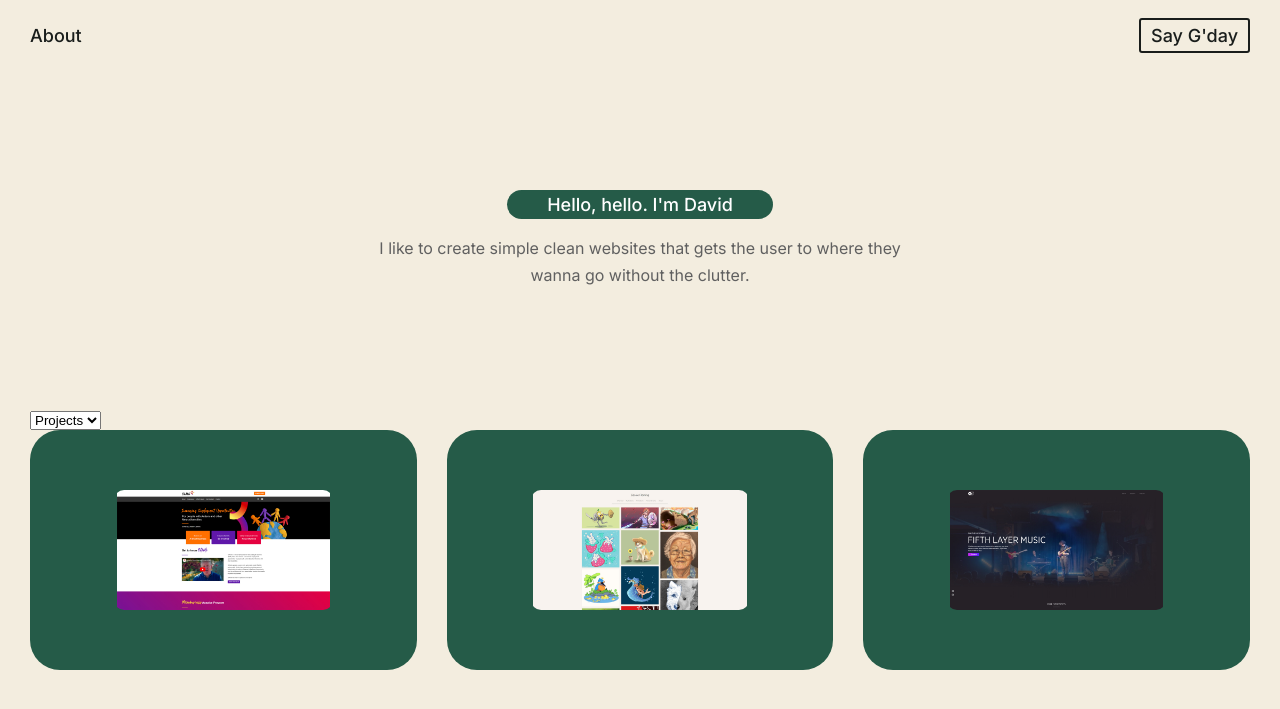
Repository: David-Waite/David-Waite-Portfolio
Page: /
The author's editor kept a copy of each file at every save. The page is drawn from the files as they stood at one save, then again after the next save.
The browser window is 1280 px wide. The pictures show the whole page.
The project was rebuilt for these pictures with package versions that can differ from the ones it lists, and the page was loaded fresh each time. The framework's server and built-in components were replaced by stand-ins that run in the browser. Also part of the build but not shown: next.config.js.

Above is the page before, as saved 2023-07-26 13:33:34.

After the next save:
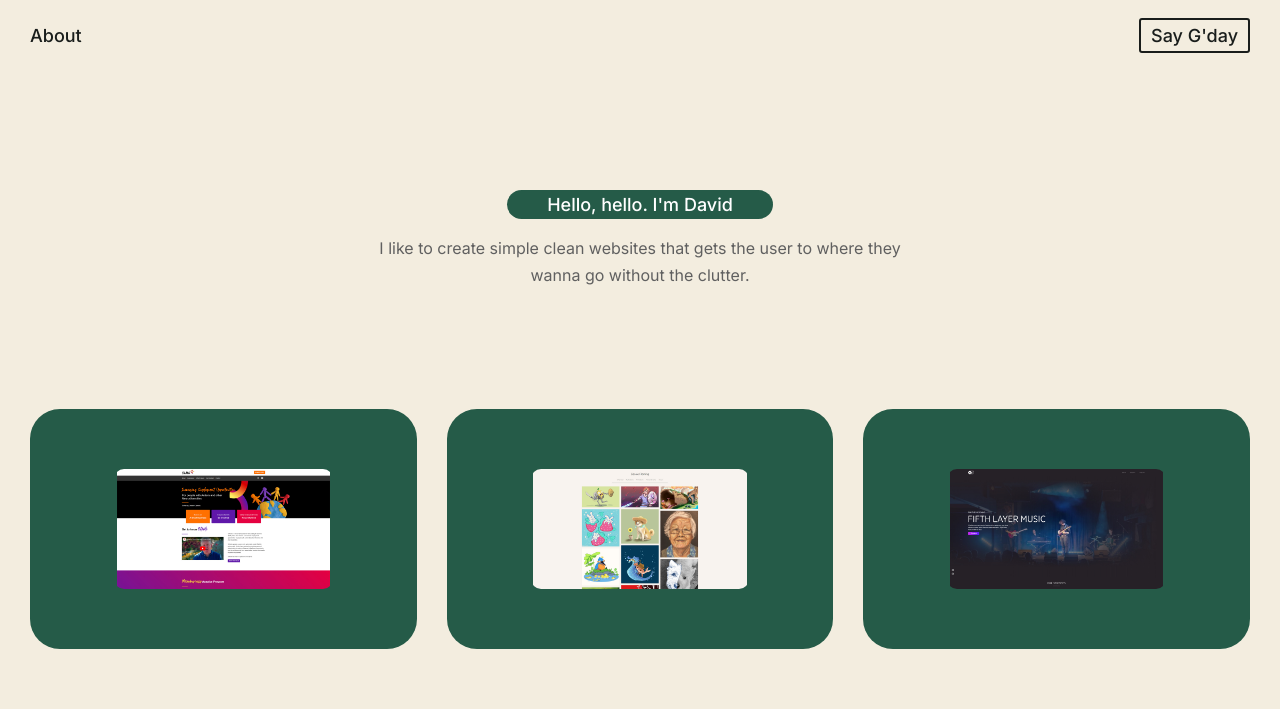
Saved 18 s later.
--- a/app/page.tsx
+++ b/app/page.tsx
@@ -13,10 +13,6 @@
       </div>
       <label htmlFor="enquiring"></label>
 
-      <select name="enquiring" id="enquiring">
-        <option value="Entertainment">Projects</option>
-        <option value="Studio/Recording">Works</option>
-      </select>
       <Projects />
     </main>
   );

After the save that followed:
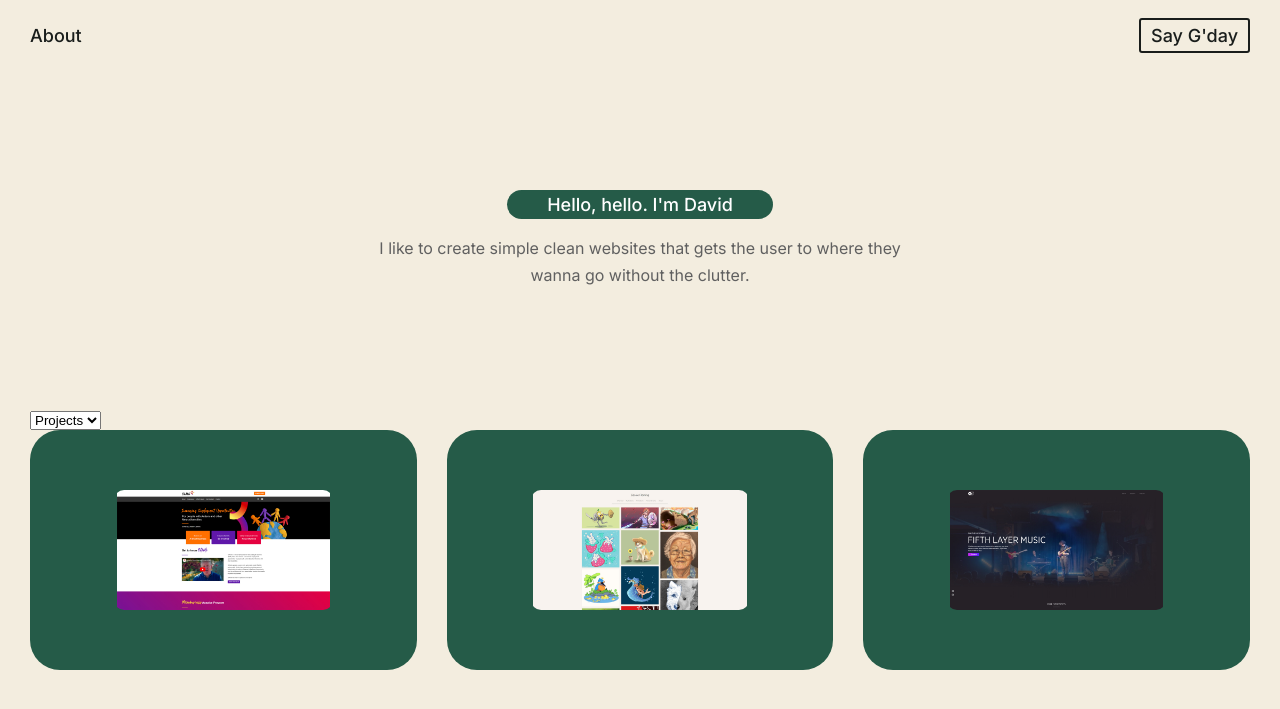
Saved 24 s later.
--- a/app/page.tsx
+++ b/app/page.tsx
@@ -13,6 +13,10 @@
       </div>
       <label htmlFor="enquiring"></label>
 
+      <select name="enquiring" id="enquiring">
+        <option value="Entertainment">Projects</option>
+        <option value="Studio/Recording">Works</option>
+      </select>
       <Projects />
     </main>
   );
